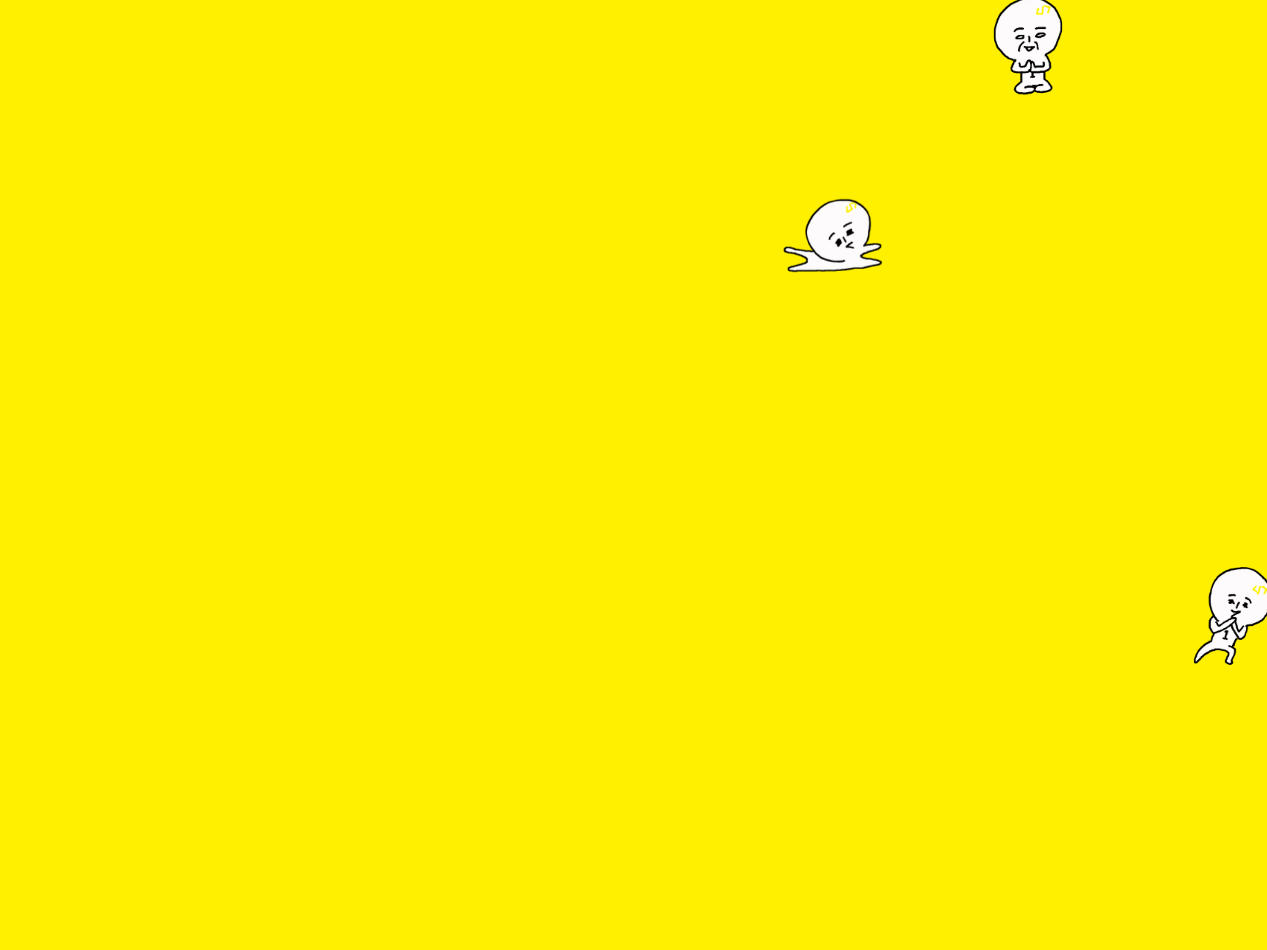
Repository: ggandory/interactiveweb
Page: Interactive_section5_4-delegation/index.html
These files come from the project's save history. The page is drawn as it stood at one moment and after the next save; the edit follows.
The browser window is 1280 px wide. The pictures show the whole page, at 99% of full size.

Above is the page before, as saved 2024-10-08 13:32:26.

After the next save:
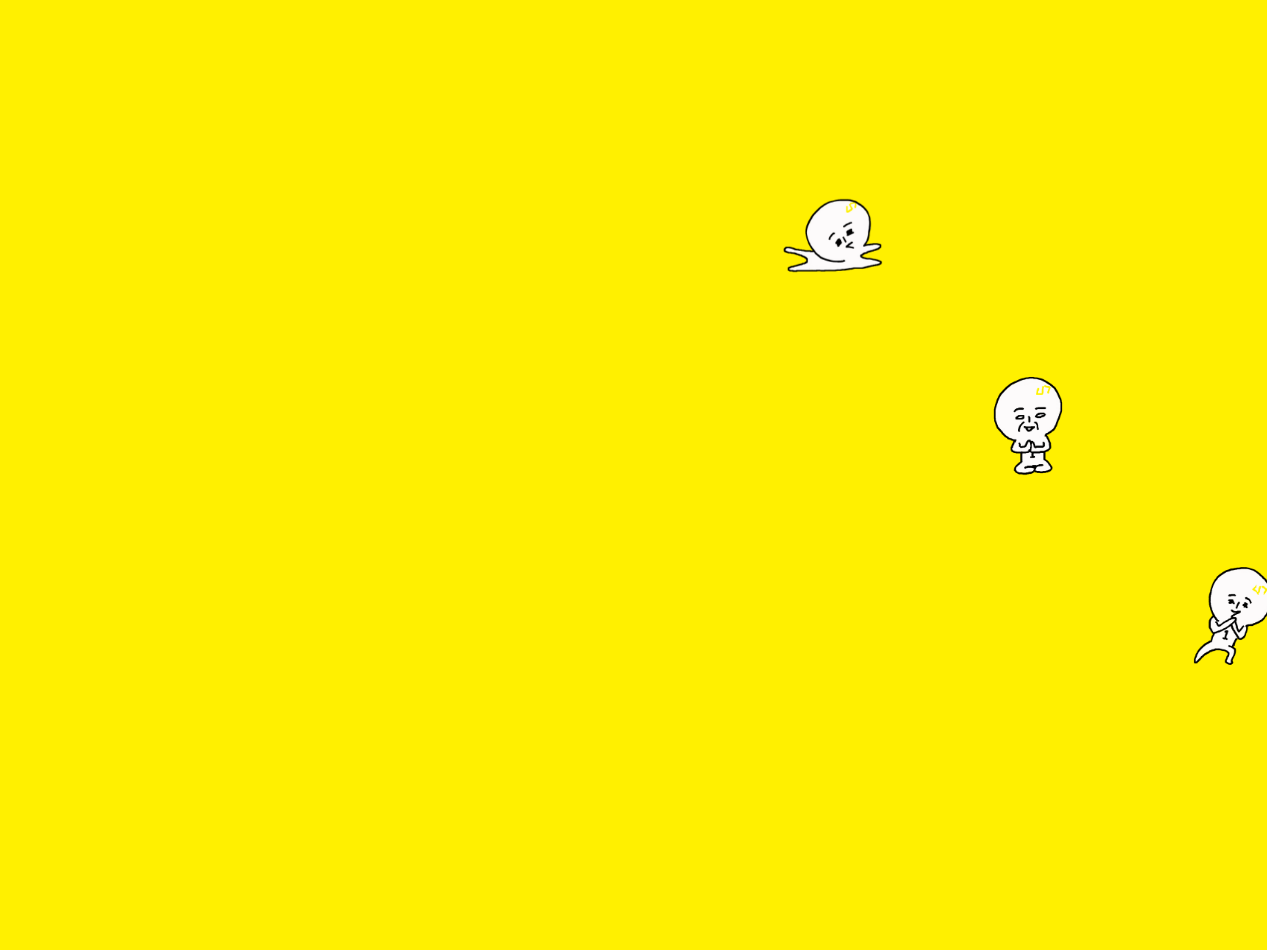
Saved 15 s later.
--- a/Interactive_section5_4-delegation/css/style.css
+++ b/Interactive_section5_4-delegation/css/style.css
@@ -27,7 +27,7 @@
 }
 .ilbuni.a {
   left: 5%;
-  bottom: 90%;
+  bottom: 50%;
   background-image: url("../images/ilbuni_0.png");
   animation-duration: 2s;
 }
